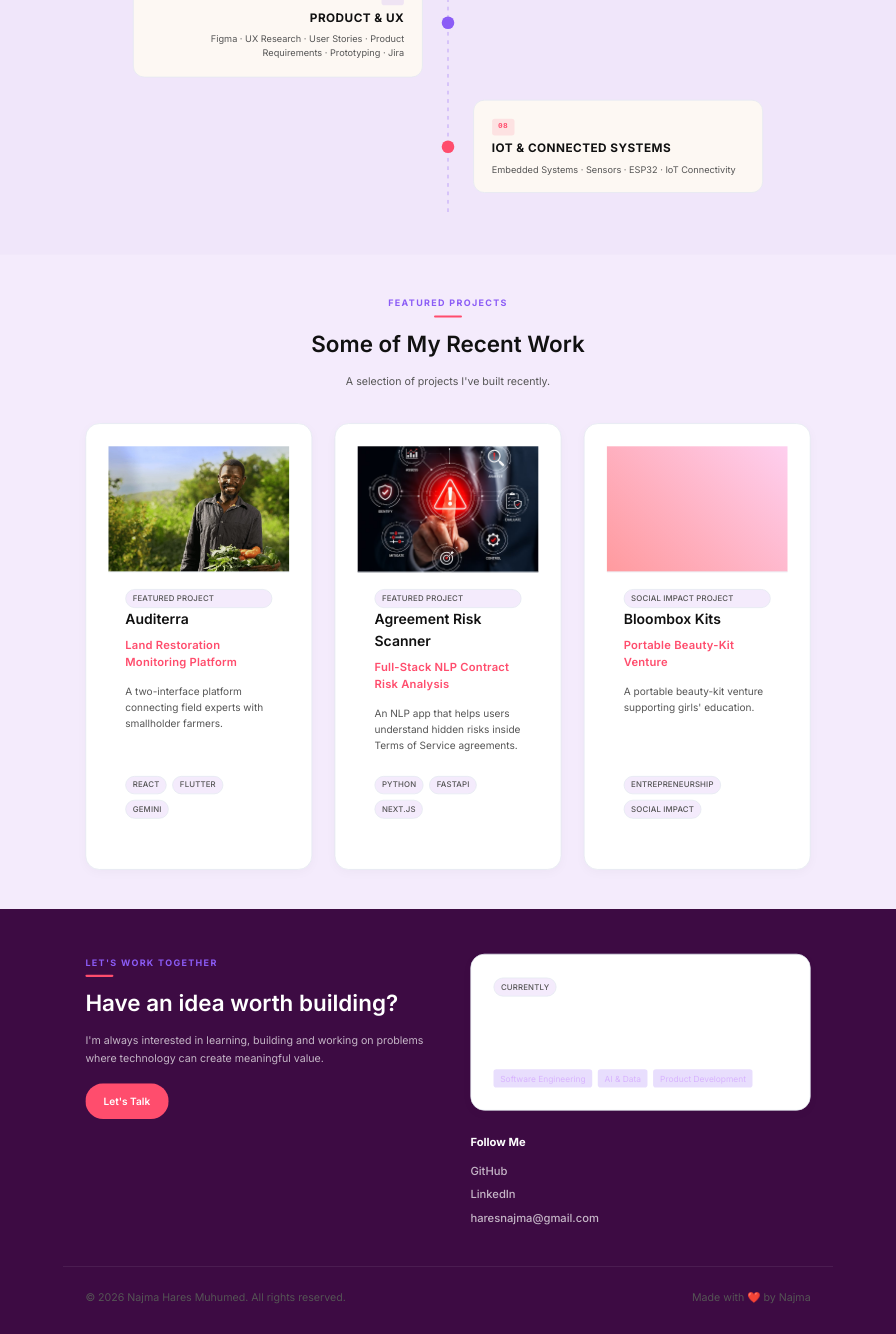
Repository: najmahares/portfolio
Page: index.html
The author's editor kept a copy of each file at every save. The page is drawn from the files as they stood at one save, then again after the next save.
The browser window is 1280 px wide. The pictures show the part of the page from y = 2762 to 4682 px (the page is 4668 px tall before and 4682 px after), at 70% of full size.

Above is the page before, as saved 2026-09-19 10:50:28.

### index.html
<!doctype html>
<html lang="en">
  <head>
    <meta charset="UTF-8" />
    <meta name="viewport" content="width=device-width, initial-scale=1.0" />
    <title>Najma Hares | Software Engineer</title>
    <link rel="preconnect" href="https://fonts.googleapis.com" />
    <link rel="preconnect" href="https://fonts.gstatic.com" crossorigin />
    <link
      href="https://fonts.googleapis.com/css2?family=Inter:wght@300;400;500;600;700&display=swap"
      rel="stylesheet"
    />
    <link rel="stylesheet" href="css/style.css" />
  </head>
  <body>
    <nav class="navbar">
      <div class="container nav-container">
        <a href="index.html" class="logo">Najma Hares</a>
        <div class="nav-links">
          <a href="index.html" class="active">Home</a>
          <a href="index.html#about">About</a>
          <a href="index.html#skills">Skills</a>
          <a href="index.html#projects">Projects</a>
          <a href="index.html#contact">Contact</a>
        </div>
        <a href="mailto:haresnajma@gmail.com" class="btn btn-primary magnetic"
          >Let's Talk</a
        >
      </div>
    </nav>

    <section class="hero">
      <div class="container hero-grid">
        <div class="hero-content">
          <span class="badge reveal"
            >SOFTWARE ENGINEER · AI · DATA · SECURITY</span
          >
          <h1 class="reveal">
            Hi, I'm <span class="text-accent">Najma</span><br />I build
            practical software for real-world problems.
          </h1>
          <p class="hero-desc reveal">
            <strong
              >I like turning <i>“what if?”</i> into <i>“let’s build it.”</i>
            </strong>
            <br />
            I’m naturally curious, and I tend to follow questions all the way
            down the rabbit hole. <br />
            That means researching the problem, challenging assumptions,
            experimenting with ideas and eventually building something that
            people can use. My work has taken me across software, AI, data and
            product design.
            <br />
            <strong
              >Because sometimes the best way to answer a question is to build
              something and see what happens.</strong
            >
          </p>
          <div class="hero-buttons reveal">
            <a href="index.html#contact" class="btn btn-primary magnetic"
              >Get in Touch</a
            >
            <a href="index.html#projects" class="btn btn-outline magnetic"
              >View my work</a
            >
          </div>
        </div>

        <div class="hero-image-wrapper reveal">
          <div class="avatar-graphic tilt-card" data-rotate="45">
            <img
              src="assets/portfolio_image.jpg"
              alt="Najma Hares"
              class="hero-img"
            />
          </div>
        </div>
      </div>
    </section>

    <section id="about" class="section">
      <div class="container">
        <div class="section-header reveal">
          <span class="section-tag">WHAT I DO</span>
          <h2>I build across the software lifecycle.</h2>
        </div>

        <div class="about-grid">
          <div class="about-text reveal">
            <p>
              I build software across
              <strong>web, mobile and backend systems</strong>, developing
              applications, APIs and data-driven solutions from implementation
              through testing. My experience also spans
              <strong>AI and machine learning</strong>, including data
              processing, LLMs, RAG and intelligent application workflows,
              alongside <strong>application security</strong> through secure
              authentication, authorization and secure coding practices.
            </p>

            <p>
              Beyond development, I work across
              <strong>quality engineering, product and UX</strong>, contributing
              to testing, user research, requirements, product design and
              prototyping to turn problems into
              <strong>practical, reliable solutions</strong>.
            </p>
          </div>

          <div class="stats-grid">
            <div class="card stat-card reveal tilt-card">
              <h3>01</h3>
              <p>Software Development</p>
              <span class="stat-sub">Web · Mobile · Backend</span>
            </div>
            <div class="card stat-card reveal tilt-card">
              <h3>02</h3>
              <p>AI &amp; Data</p>
              <span class="stat-sub">Machine Learning · LLMs · RAG</span>
            </div>
            <div class="card stat-card reveal tilt-card">
              <h3>03</h3>
              <p>Security &amp; Quality</p>
              <span class="stat-sub"
                >Secure Development · Testing · Automation</span
              >
            </div>
            <div class="card stat-card reveal tilt-card">
              <h3>04</h3>
              <p>Product &amp; UX</p>
              <span class="stat-sub">Research · Requirements · Design</span>
            </div>
          </div>
        </div>
      </div>
    </section>

    <section id="skills" class="section bg-alt">
      <div class="container">
        <div class="section-header reveal">
          <span class="section-tag">TECHNICAL EXPERTISE</span>
          <h2>I work across the stack <strong>and beyond it.</strong></h2>
          <p>
            A broad technical foundation spanning intelligent systems, software
            engineering, security, quality and product development.
          </p>
        </div>

        <div class="zigzag-flow">
          <div class="zigzag-row left reveal">
            <div class="zigzag-card">
              <span class="zigzag-number">01</span>
              <h3>AI &amp; Machine Learning</h3>
              <p>
                Python · Pandas · NumPy · Scikit-learn · LLM APIs · RAG · AI
                Agents · Prompt Engineering
              </p>
            </div>
            <div class="zigzag-node"></div>
            <div class="zigzag-empty"></div>
          </div>

          <div class="zigzag-row right reveal">
            <div class="zigzag-empty"></div>
            <div class="zigzag-node"></div>
            <div class="zigzag-card">
              <span class="zigzag-number">02</span>
              <h3>Backend Engineering</h3>
              <p>
                Python · FastAPI · REST APIs · PostgreSQL · SQL · Data Modelling
              </p>
            </div>
          </div>

          <div class="zigzag-row left reveal">
            <div class="zigzag-card">
              <span class="zigzag-number">03</span>
              <h3>Cybersecurity</h3>
              <p>
                Authentication · Authorization · Secure Coding · API Security ·
                Input Validation · OWASP
              </p>
            </div>
            <div class="zigzag-node"></div>
            <div class="zigzag-empty"></div>
          </div>

          <div class="zigzag-row right reveal">
            <div class="zigzag-empty"></div>
            <div class="zigzag-node"></div>
            <div class="zigzag-card">
              <span class="zigzag-number">04</span>
              <h3>Quality Engineering</h3>
              <p>
                Jest · Postman · Cypress · Playwright · Unit Testing · API
                Testing · E2E Testing
              </p>
            </div>
          </div>

          <div class="zigzag-row left reveal">
            <div class="zigzag-card">
              <span class="zigzag-number">05</span>
              <h3>Web Development</h3>
              <p>React · Next.js · TypeScript · HTML · CSS</p>
            </div>
            <div class="zigzag-node"></div>
            <div class="zigzag-empty"></div>
          </div>

          <div class="zigzag-row right reveal">
            <div class="zigzag-empty"></div>
            <div class="zigzag-node"></div>
            <div class="zigzag-card">
              <span class="zigzag-number">06</span>
              <h3>Mobile Development</h3>
              <p>Flutter · Dart · State Management · API Integration</p>
            </div>
          </div>

          <div class="zigzag-row left reveal">
            <div class="zigzag-card">
              <span class="zigzag-number">07</span>
              <h3>Product &amp; UX</h3>
              <p>
                Figma · UX Research · User Stories · Product Requirements ·
                Prototyping · Jira
              </p>
            </div>
            <div class="zigzag-node"></div>
            <div class="zigzag-empty"></div>
          </div>

          <div class="zigzag-row right reveal">
            <div class="zigzag-empty"></div>
            <div class="zigzag-node"></div>
            <div class="zigzag-card">
              <span class="zigzag-number">08</span>
              <h3>IoT &amp; Connected Systems</h3>
              <p>Embedded Systems · Sensors · ESP32 · IoT Connectivity</p>
            </div>
          </div>
        </div>
      </div>
    </section>

    <section id="projects" class="section">
      <div class="container">
        <div class="section-header reveal">
          <span class="section-tag">FEATURED PROJECTS</span>
          <h2>Some of My Recent Work</h2>
          <p>A selection of projects I've built recently.</p>
        </div>

        <div class="projects-grid">
          <a href="project.html" class="card project-card reveal tilt-card">
            <div
              class="project-img"
              style="
                background-image: url(&quot;assets/project-auditerra.jpg&quot;);
              "
            ></div>
            <div class="project-info">
              <span class="badge-sm">FEATURED PROJECT</span>
              <h3>Auditerra</h3>
              <p class="project-subtitle">
                Land Restoration Monitoring Platform
              </p>
              <p class="project-desc">
                A two-interface platform connecting field experts with
                smallholder farmers.
              </p>
              <div class="project-tags">
                <span class="badge-sm">React</span>
                <span class="badge-sm">Flutter</span>
                <span class="badge-sm">Gemini</span>
              </div>
            </div>
          </a>

          <a href="agreement.html" class="card project-card reveal tilt-card">
            <div
              class="project-img"
              style="
                background-image: url(&quot;assets/portfolio-agreement.jpg&quot;);
              "
            ></div>
            <div class="project-info">
              <span class="badge-sm">FEATURED PROJECT</span>
              <h3>Agreement Risk Scanner</h3>
              <p class="project-subtitle">
                Full-Stack NLP Contract Risk Analysis
              </p>
              <p class="project-desc">
                An NLP app that helps users understand hidden risks inside Terms
                of Service agreements.
              </p>
              <div class="project-tags">
                <span class="badge-sm">Python</span>
                <span class="badge-sm">FastAPI</span>
                <span class="badge-sm">Next.js</span>
              </div>
            </div>
          </a>

          <a href="#" class="card project-card reveal tilt-card">
            <div class="project-img placeholder-2"></div>
            <div class="project-info">
              <span class="badge-sm">SOCIAL IMPACT PROJECT</span>
              <h3>Bloombox Kits</h3>
              <p class="project-subtitle">Portable Beauty-Kit Venture</p>
              <p class="project-desc">
                A portable beauty-kit venture supporting girls' education.
              </p>
              <div class="project-tags">
                <span class="badge-sm">Entrepreneurship</span>
                <span class="badge-sm">Social Impact</span>
              </div>
            </div>
          </a>
        </div>
      </div>
    </section>

    <footer id="contact" class="footer">
      <div class="container footer-grid">
        <div class="footer-cta reveal">
          <span class="section-tag">LET'S WORK TOGETHER</span>
          <h2>Have an idea worth building?</h2>
          <p>
            I'm always interested in learning, building and working on problems
            where technology can create meaningful value.
          </p>
          <a href="mailto:haresnajma@gmail.com" class="btn btn-primary magnetic"
            >Let's Talk</a
          >
        </div>
        <div class="footer-info reveal">
          <div class="card personal-card">
            <span class="badge-sm">CURRENTLY</span>
            <h3>Building & learning</h3>
            <p><strong>Najma Hares</strong><br />Software Engineer</p>
            <div class="personal-focus">
              <span>Software Engineering</span>
              <span>AI & Data</span>
              <span>Product Development</span>
            </div>
          </div>
          <div class="social-links">
            <h4>Follow Me</h4>
            <a href="#">GitHub</a>
            <a href="#">LinkedIn</a>
            <a href="mailto:haresnajma@gmail.com">haresnajma@gmail.com</a>
          </div>
        </div>
      </div>
      <div class="container footer-bottom">
        <p>&copy; 2026 Najma Hares Muhumed. All rights reserved.</p>
        <p>Made with ❤️ by Najma</p>
      </div>
    </footer>

    <script src="js/main.js"></script>
  </body>
</html>

Loaded but not shown: js/main.js (76 lines, source omitted); css/style.css (1400 lines, source omitted)

After the next save:
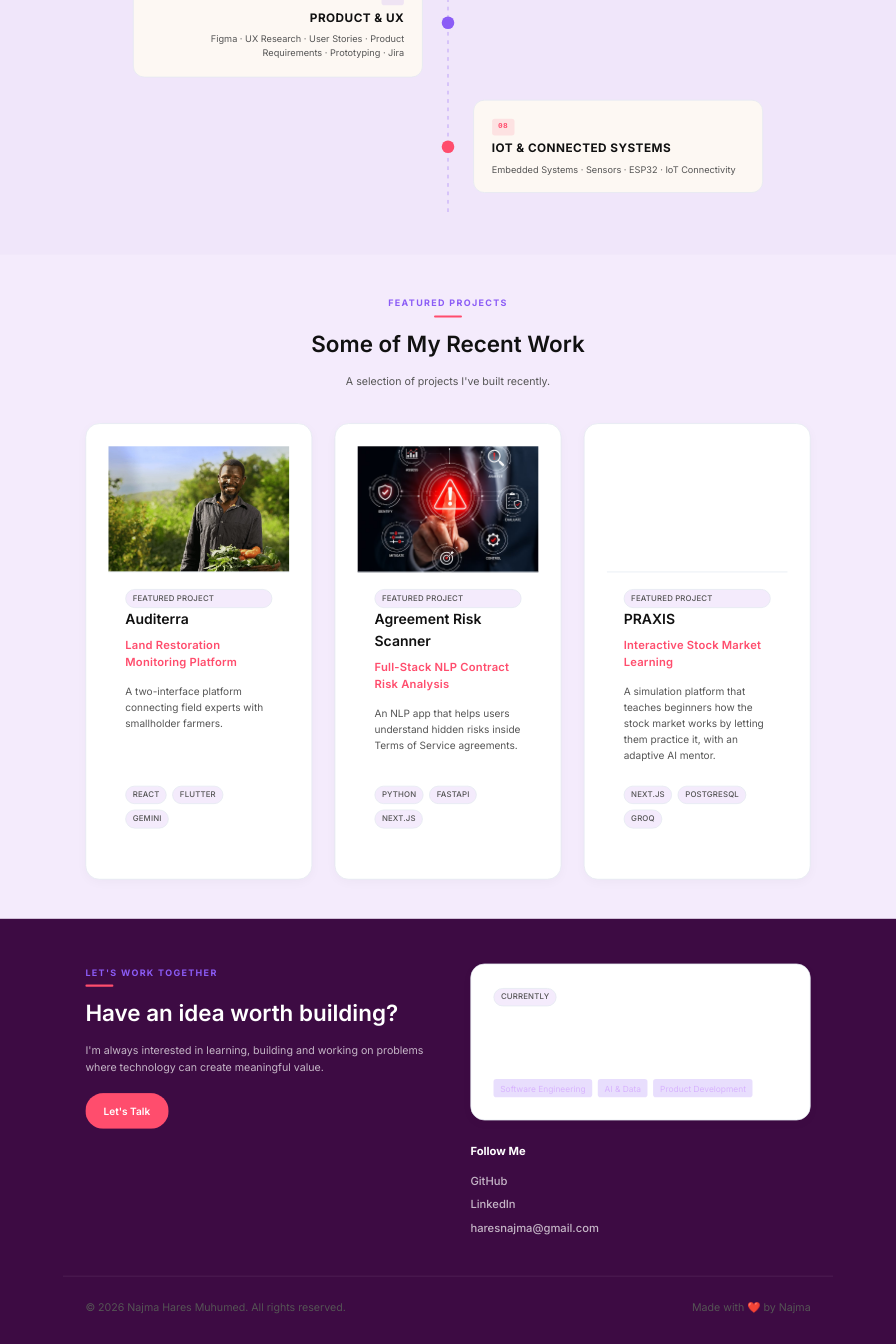
Not found: assets/praxis-card.png
Saved 33 s later.
--- a/index.html
+++ b/index.html
@@ -303,18 +303,24 @@
             </div>
           </a>
 
-          <a href="#" class="card project-card reveal tilt-card">
-            <div class="project-img placeholder-2"></div>
+          <a href="praxis.html" class="card project-card reveal tilt-card">
+            <div
+              class="project-img"
+              style="background-image: url(&quot;assets/praxis-card.png&quot;)"
+            ></div>
             <div class="project-info">
-              <span class="badge-sm">SOCIAL IMPACT PROJECT</span>
-              <h3>Bloombox Kits</h3>
-              <p class="project-subtitle">Portable Beauty-Kit Venture</p>
+              <span class="badge-sm">FEATURED PROJECT</span>
+              <h3>PRAXIS</h3>
+              <p class="project-subtitle">Interactive Stock Market Learning</p>
               <p class="project-desc">
-                A portable beauty-kit venture supporting girls' education.
+                A simulation platform that teaches beginners how the stock
+                market works by letting them practice it, with an adaptive AI
+                mentor.
               </p>
               <div class="project-tags">
-                <span class="badge-sm">Entrepreneurship</span>
-                <span class="badge-sm">Social Impact</span>
+                <span class="badge-sm">Next.js</span>
+                <span class="badge-sm">PostgreSQL</span>
+                <span class="badge-sm">Groq</span>
               </div>
             </div>
           </a>
